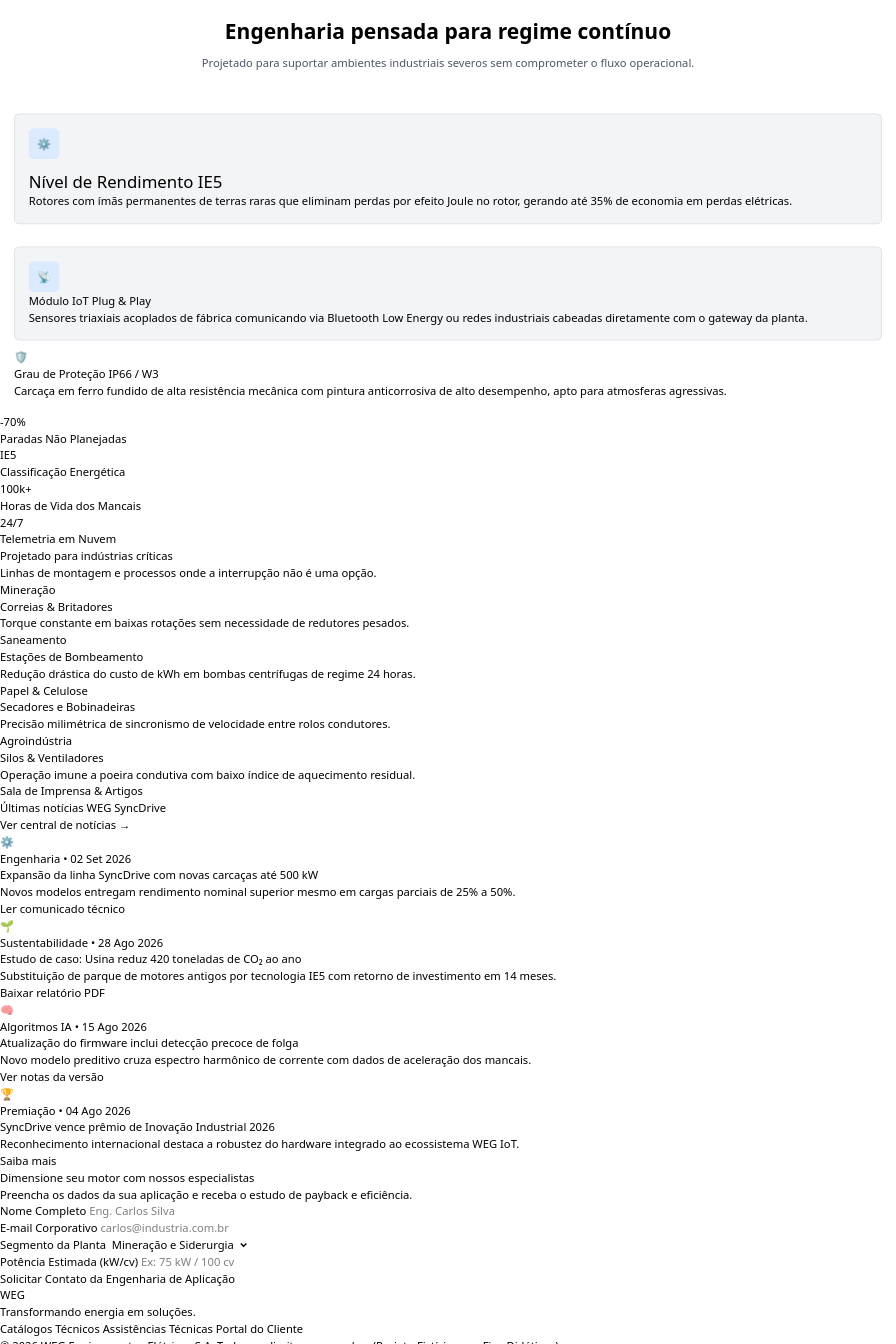
Repository: camilewng/Exercicio-Tailwind
Page: index.html
These files come from the project's save history. The page is drawn as it stood at one moment and after the next save; the edit follows.
The browser window is 1280 px wide. The pictures show the part of the page from y = 1045 to 2965 px (the page is 3004 px tall before and 3000 px after), at 70% of full size.

Above is the page before, as saved 2026-09-08 21:22:42.

After the next save:
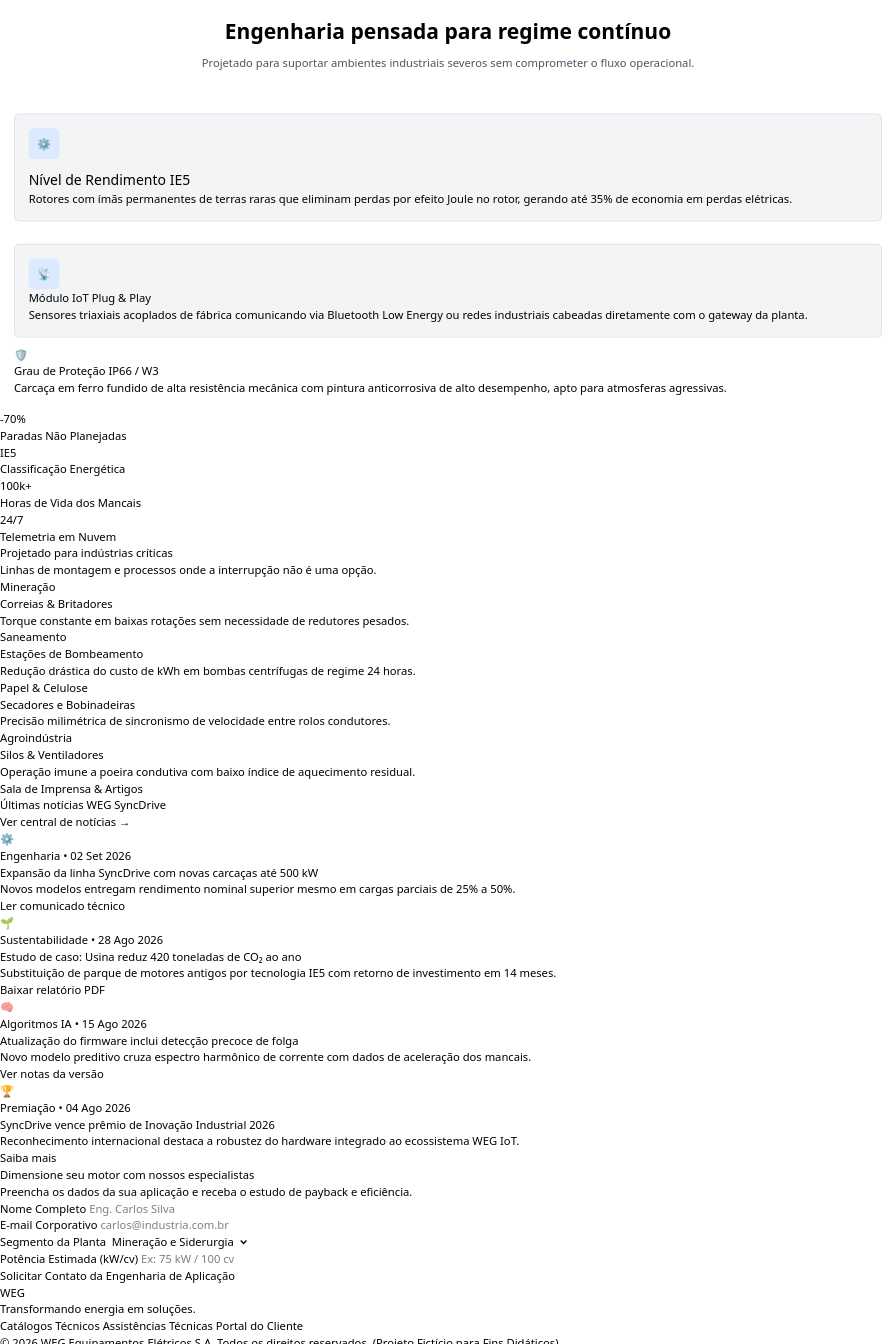
Saved 4 s later.
--- a/index.html
+++ b/index.html
@@ -134,7 +134,7 @@
         <div>
           <article class="bg-gray-100 p-5 rounded-lg border border-gray-300/80 mb-8">
             <div class="flex justify-center items-center bg-blue-100 w-11 h-11 rounded-lg mb-4">⚙️</div>
-            <h3 class="text-2xl">Nível de Rendimento IE5</h3>
+            <h3 class="text-xl">Nível de Rendimento IE5</h3>
             <p>Rotores com ímãs permanentes de terras raras que eliminam perdas por efeito Joule no rotor, gerando até 35% de economia em perdas elétricas.</p>
           </article>
 
